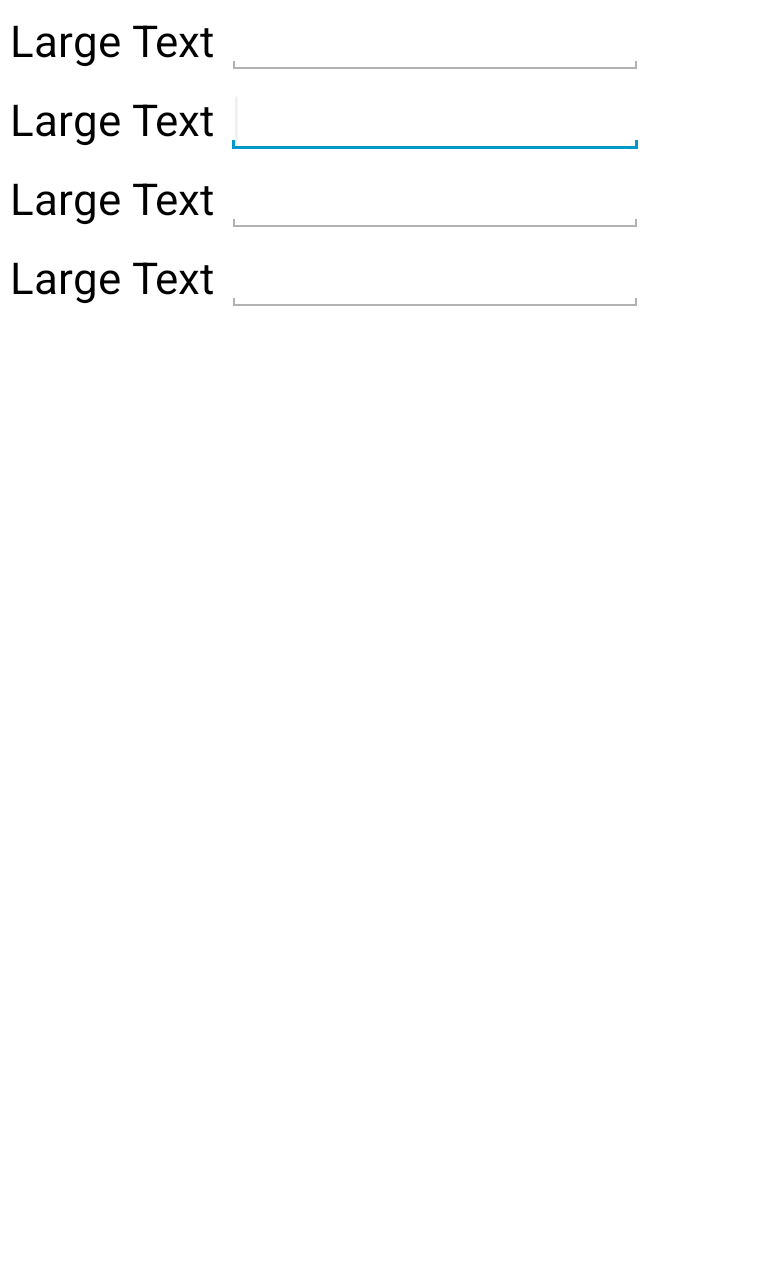
Repository: shervinshaikh/Android
Layout: NBAScoreTracker/res/layout/fragment_scores.xml
These files come from the project's save history. The layout is drawn as it stood at one moment and after the next save; the edit follows.
It is drawn on a 768 x 1280 px phone screen (xhdpi) without system bars, with theme AppTheme; the app's code is not run.

Above is the layout before, as saved 2013-04-27 22:28:06.

### NBAScoreTracker/res/layout/fragment_scores.xml
<TableLayout xmlns:android="http://schemas.android.com/apk/res/android"
    android:layout_width="fill_parent"
    android:layout_height="fill_parent" >

    <TableRow
        android:id="@+id/tableRow1"
        android:layout_width="wrap_content"
        android:layout_height="wrap_content" >

        <TextView
            android:id="@+id/textView1"
            android:layout_width="wrap_content"
            android:layout_height="wrap_content"
            android:text="Large Text"
            android:textAppearance="?android:attr/textAppearanceLarge"
            android:padding="5dip"
             />

        <EditText
            android:id="@+id/editText1"
            android:layout_width="wrap_content"
            android:layout_height="wrap_content"
            android:ems="10"
            android:padding="5dip" />

    </TableRow>

    <TableRow
        android:id="@+id/tableRow2"
        android:layout_width="wrap_content"
        android:layout_height="wrap_content" >

        <TextView
            android:id="@+id/textView2"
            android:layout_width="wrap_content"
            android:layout_height="wrap_content"
            android:text="Large Text"
            android:textAppearance="?android:attr/textAppearanceLarge"
            android:padding="5dip" />

        <EditText
            android:id="@+id/editText2"
            android:layout_width="wrap_content"
            android:layout_height="wrap_content"
            android:ems="10"
            android:padding="5dip" >

            <requestFocus />
        </EditText>

    </TableRow>

    <TableRow
        android:id="@+id/tableRow3"
        android:layout_width="wrap_content"
        android:layout_height="wrap_content" >

        <TextView
            android:id="@+id/textView3"
            android:layout_width="wrap_content"
            android:layout_height="wrap_content"
            android:text="Large Text"
            android:textAppearance="?android:attr/textAppearanceLarge"
            android:padding="5dip" />

        <EditText
            android:id="@+id/editText3"
            android:layout_width="wrap_content"
            android:layout_height="wrap_content"
            android:ems="10"
            android:padding="5dip" />

    </TableRow>

    <TableRow
        android:id="@+id/tableRow4"
        android:layout_width="wrap_content"
        android:layout_height="wrap_content" >

        <TextView
            android:id="@+id/textView4"
            android:layout_width="wrap_content"
            android:layout_height="wrap_content"
            android:text="Large Text"
            android:textAppearance="?android:attr/textAppearanceLarge"
            android:padding="5dip" />

        <EditText
            android:id="@+id/editText4"
            android:layout_width="wrap_content"
            android:layout_height="wrap_content"
            android:ems="10"
            android:padding="5dip" />

    </TableRow>

</TableLayout>

### NBAScoreTracker/res/values/strings.xml
<?xml version="1.0" encoding="utf-8"?>
<resources>

    <string name="app_name">NBAScoreTracker</string>
    <string name="action_settings">Settings</string>
    <string name="hello_world">Hello world!</string>

    <string name="enter_date">Enter Date</string>
    <string name="enter_game">Enter Game</string>
    <string name="next_game">Next Game</string>

    <string name="date">Date</string>
    <string name="team1">Team 1</string>
    <string name="team2">Team 2</string>
    <string name="zero">0</string>

    <string name="team1f">Team 1:</string>
    <string name="team2f">Team 2:</string>
    <string name="score">Score:</string>
    <string name="done">Done</string>

</resources>

Loaded but not shown: NBAScoreTracker/res/values/styles.xml (common file); NBAScoreTracker/res/values-v11/styles.xml (common file); NBAScoreTracker/res/values-v14/styles.xml (common file)

After the next save:
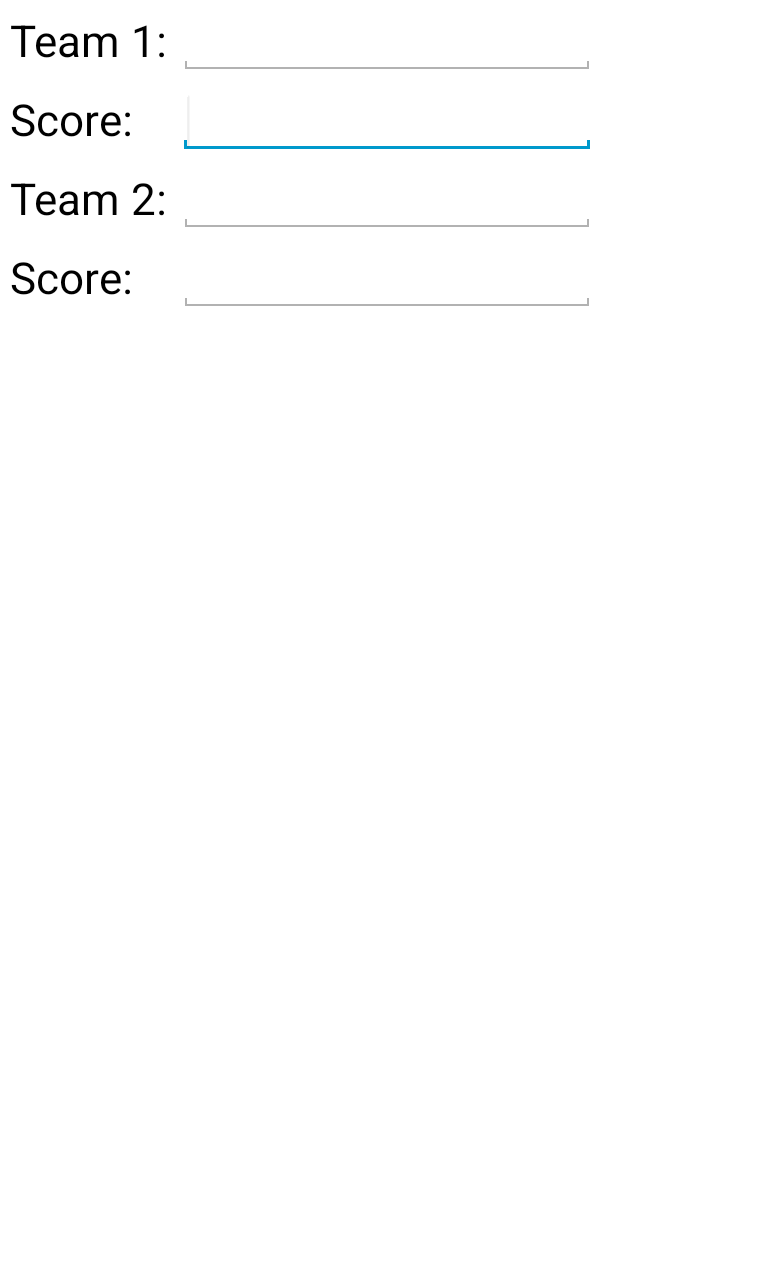
Saved 28 s later.
--- a/NBAScoreTracker/res/layout/fragment_scores.xml
+++ b/NBAScoreTracker/res/layout/fragment_scores.xml
@@ -11,7 +11,7 @@
             android:id="@+id/textView1"
             android:layout_width="wrap_content"
             android:layout_height="wrap_content"
-            android:text="Large Text"
+            android:text="@string/team1f"
             android:textAppearance="?android:attr/textAppearanceLarge"
             android:padding="5dip"
              />
@@ -34,7 +34,7 @@
             android:id="@+id/textView2"
             android:layout_width="wrap_content"
             android:layout_height="wrap_content"
-            android:text="Large Text"
+            android:text="@string/score"
             android:textAppearance="?android:attr/textAppearanceLarge"
             android:padding="5dip" />
 
@@ -59,7 +59,7 @@
             android:id="@+id/textView3"
             android:layout_width="wrap_content"
             android:layout_height="wrap_content"
-            android:text="Large Text"
+            android:text="@string/team2f"
             android:textAppearance="?android:attr/textAppearanceLarge"
             android:padding="5dip" />
 
@@ -81,7 +81,7 @@
             android:id="@+id/textView4"
             android:layout_width="wrap_content"
             android:layout_height="wrap_content"
-            android:text="Large Text"
+            android:text="@string/score"
             android:textAppearance="?android:attr/textAppearanceLarge"
             android:padding="5dip" />
 
